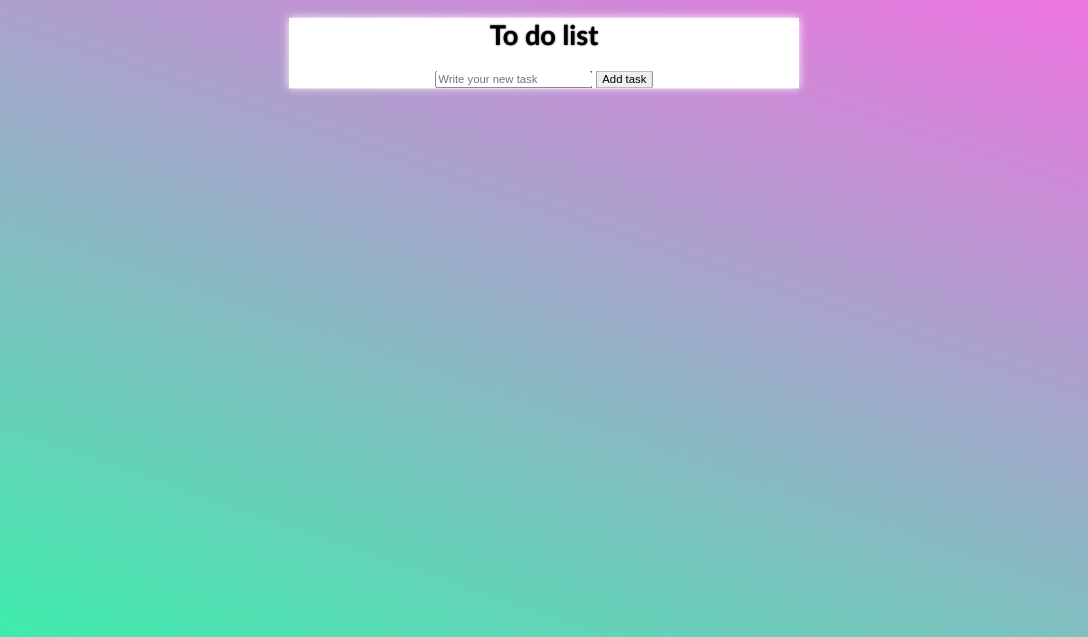
Repository: qtqqrdy13/to-do-list
Page: index.html
The author's editor kept a copy of each file at every save. The page is drawn from the files as they stood at one save, then again after the next save.
The browser window is 1280 px wide. The pictures show the whole page, at 85% of full size.

Above is the page before, as saved 2023-10-30 15:27:29.

### index.html
<!DOCTYPE html>
<html lang="en">
<head>
    <meta charset="UTF-8">
    <meta name="viewport" content="width=device-width, initial-scale=1.0">
    <title>Document</title>
    <link rel="stylesheet" href="style.css">
</head>
<body>
    <div id="app">
        <h1>To do list</h1>
        <input type="text" id="task-input" placeholder="Write your new task">
        <button id="add-task">Add task</button>
        <ul id="task-list"></ul>
    </div>
    <style src="script.js"></style>
</body>
</html>

### style.css
body{
    text-align: center;
    font-family: 'Gill Sans', 'Gill Sans MT', Calibri, 'Trebuchet MS', sans-serif;
    background-color: #3EECAC;
    background-image: linear-gradient(19deg, #3EECAC 0%, #EE74E1 100%);

    background-size: cover;
    background-repeat:no-repeat;
    min-height: 100vh;
}
#app{
    max-width: 600px;
    margin: 0 auto;
    background-color:white;
    box-shadow: 0 0 10px white;
}
h1{
    color:black;
    text-shadow:0 0 2px black;
}

After the next save:
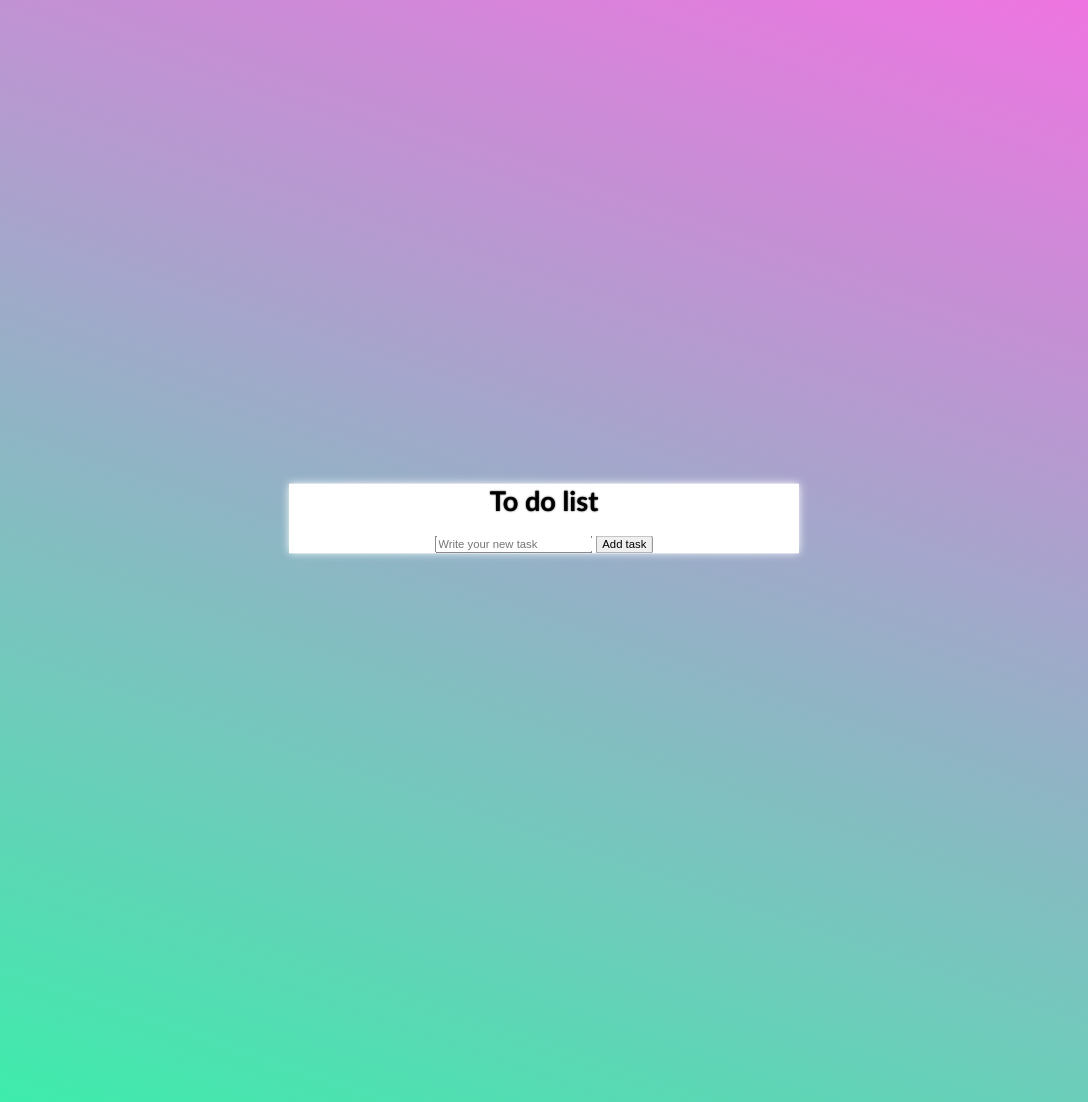
Saved 51 s later.
--- a/style.css
+++ b/style.css
@@ -10,9 +10,10 @@ body{
 }
 #app{
     max-width: 600px;
-    margin: 0 auto;
+    margin: 45% auto;
     background-color:white;
     box-shadow: 0 0 10px white;
+
 }
 h1{
     color:black;
